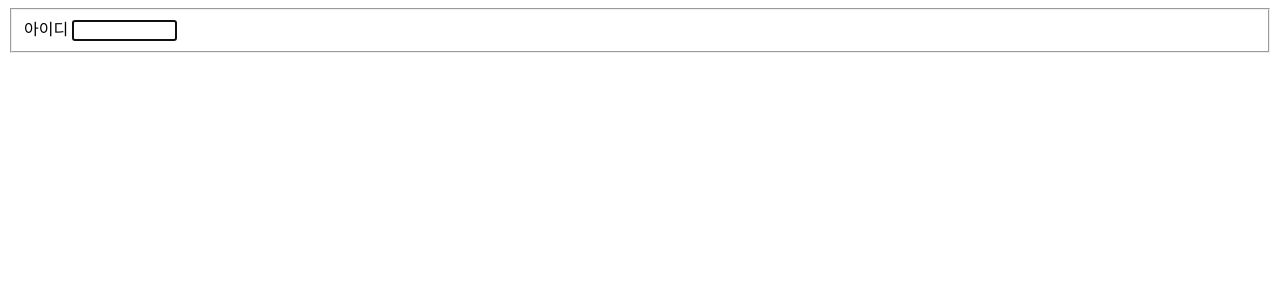
Repository: ygs3004/StudyHTML_CSS
Page: web project 01/src/main/webapp/chapter05/exam05_18.html
The author's editor kept a copy of each file at every save. The page is drawn from the files as they stood at one save, then again after the next save.
The browser window is 1280 px wide. The pictures show the whole page.

Above is the page before, as saved 2022-08-09 02:01:34.

### web project 01/src/main/webapp/chapter05/exam05_18.html
<!DOCTYPE html>
<html>
<head>
<meta charset="UTF-8">
<title>Insert title here</title>
<style type="text/css">
	form fieldset{
		margin : 10pex 0;
	}


	form legend{
		font-size : 18px;
		color : #0066ff;
		font-weight : 600;
	}

	form label.reg{
		font-size : 14px;
		width : 120px;
		float : left;
	}

	form label em{
		font-size : 15px;
		color : red;
		font-weight : 800;
	}

	font ul li{
		list-style : none;
		margin : 10px 0;
	}

	form.easys{
		text-align : left;
		font-size : 12px;
		color : blue;
	}

	form fieldset.sendform{
	text-align : center;
	}

</style>
</head>
<body>
<form action="">
	<fieldset class="login">
		<label for="user_id">아이디</label>
			<input type="text" id="user_id" size="10" autofocus>
	</fieldset>
</form>

</body>
</html>

After the next save:
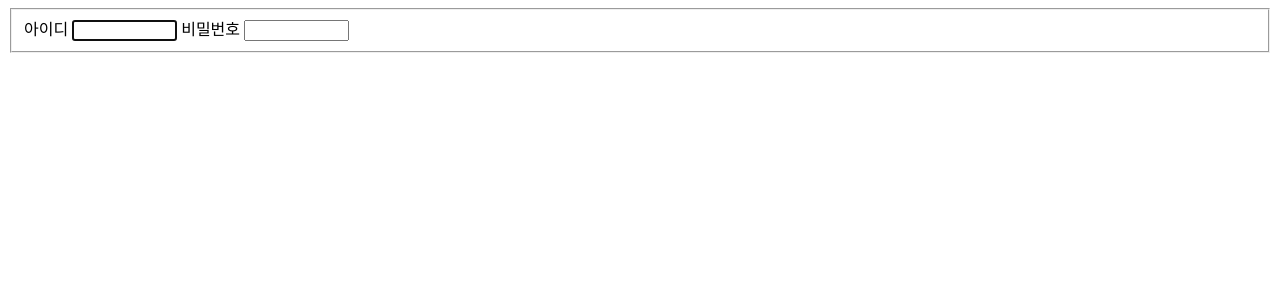
Saved 2 min 50 s later.
--- a/web project 01/src/main/webapp/chapter05/exam05_18.html
+++ b/web project 01/src/main/webapp/chapter05/exam05_18.html
@@ -49,6 +49,8 @@
 	<fieldset class="login">
 		<label for="user_id">아이디</label>
 			<input type="text" id="user_id" size="10" autofocus>
+		<label for="user_pw">비밀번호</label>
+			<input type="text" id="user_id" size="10" autofocus>
 	</fieldset>
 </form>
 
